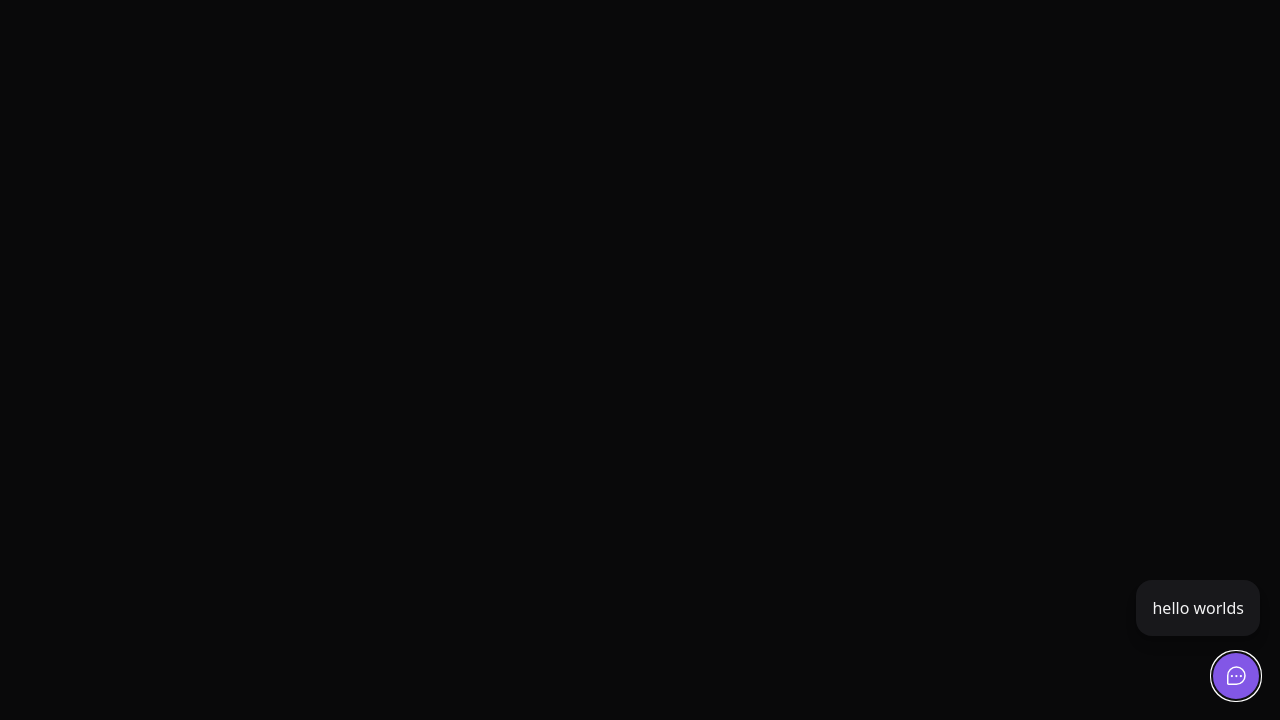
Repository: wandersondacosta/NLW-return-
Page: / (app in web/), after clicking the first element matching `#headlessui-popover-button-\:r8\:`
An editor plug-in stored every save of this project. The page is shown before and after the next save, followed by the edit.
The browser window is 1280 px wide. The pictures show the whole page.
The project was rebuilt for these pictures with package versions that can differ from the ones it lists, and the page was loaded fresh each time. Also part of the build but not shown: web/vite.config.ts.

Above is the page before, as saved 2022-05-03 20:08:50.

After the next save:
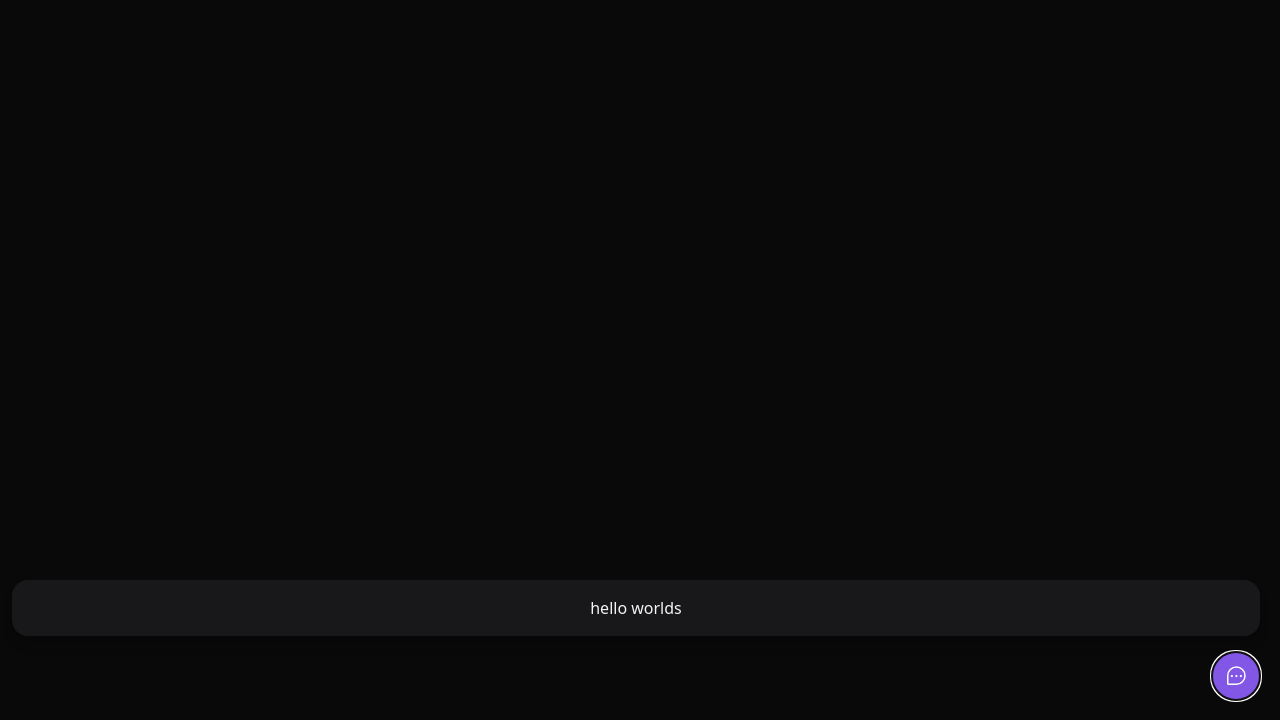
Saved 2 min 1 s later.
--- a/web/src/components/WidgetForm.tsx
+++ b/web/src/components/WidgetForm.tsx
@@ -1,6 +1,6 @@
 export function WidgetForm() {
   return (
-    <div className="bg-zinc-900 p-4 relative rounded-2xl mb-4 flex flex-col items-center shadow-lg">
+    <div className="bg-zinc-900 p-4 relative rounded-2xl mb-4 flex flex-col items-center shadow-lg w-[calc(100vw-2rem)]">
       hello worlds
     </div>
   );

After the save that followed:
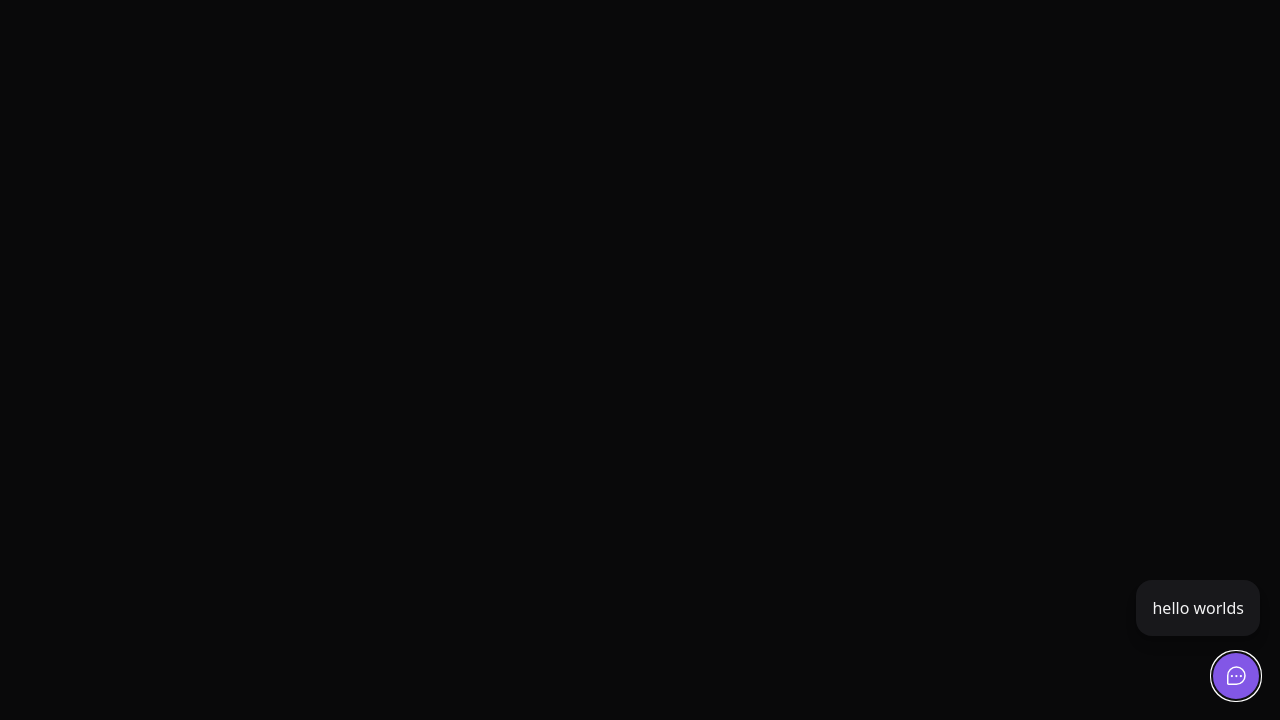
Saved 45 s later.
--- a/web/src/components/WidgetForm.tsx
+++ b/web/src/components/WidgetForm.tsx
@@ -1,6 +1,6 @@
 export function WidgetForm() {
   return (
-    <div className="bg-zinc-900 p-4 relative rounded-2xl mb-4 flex flex-col items-center shadow-lg w-[calc(100vw-2rem)]">
+    <div className="bg-zinc-900 p-4 relative rounded-2xl mb-4 flex flex-col items-center shadow-lg w-[calc(100vw-2rem)] md:w-auto">
       hello worlds
     </div>
   );
